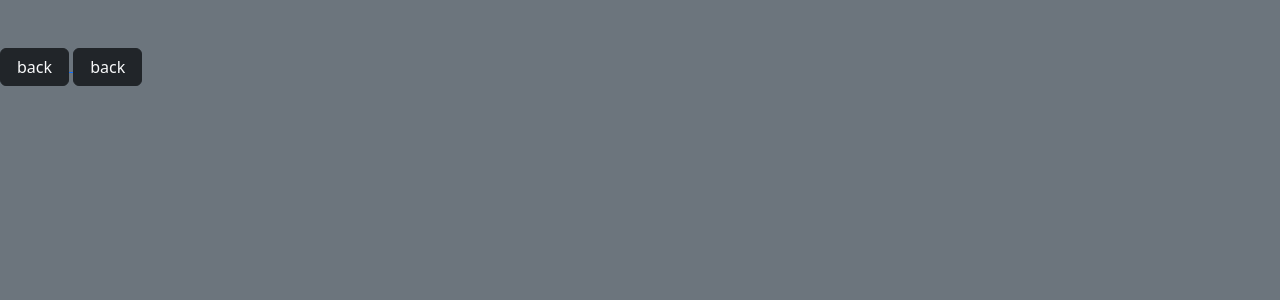
Repository: AvinashLikesToLearnNewStuff/VotingSite
Page: http://localhost/partials/dashboard.php
These files come from the project's save history. The page is drawn as it stood at one moment and after the next save; the edit follows.
The browser window is 1280 px wide. The pictures show the whole page.
The page is run by PHP 8.4 with error messages shown; the project is at /var/www/html/. The session is filled in as if someone had signed in: {"groups": 1, "id": 1, "status": 1, "data": {"id": 1, "_id": "000000000000000000000001", "name": "Test User", "username": "testuser", "email": "test@example.com", "role": "admin"}}.

Above is the page before, as saved 2023-03-10 19:30:37.

After the next save:
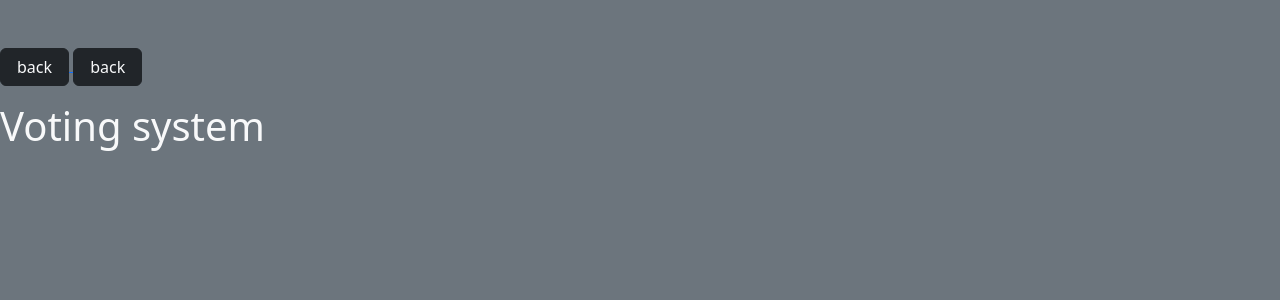
Saved 9 min 47 s later.
--- a/partials/dashboard.php
+++ b/partials/dashboard.php
@@ -16,13 +16,15 @@
     <a href="../">
         <button class="btn btn-dark text-light px-3">back</button>
     </a>
-
     <a href="logout.php">
-
 
         <button class="btn btn-dark text-light px-3">back</button>
     </a>
-
+<h1 class = "my-3">Voting system</h1>
+<div class="row my-5">
+    <div class="col-md-7"></div>
+    <div class="col-md-5"></div>
+</div>
     </div>
 </body>
 </html>
